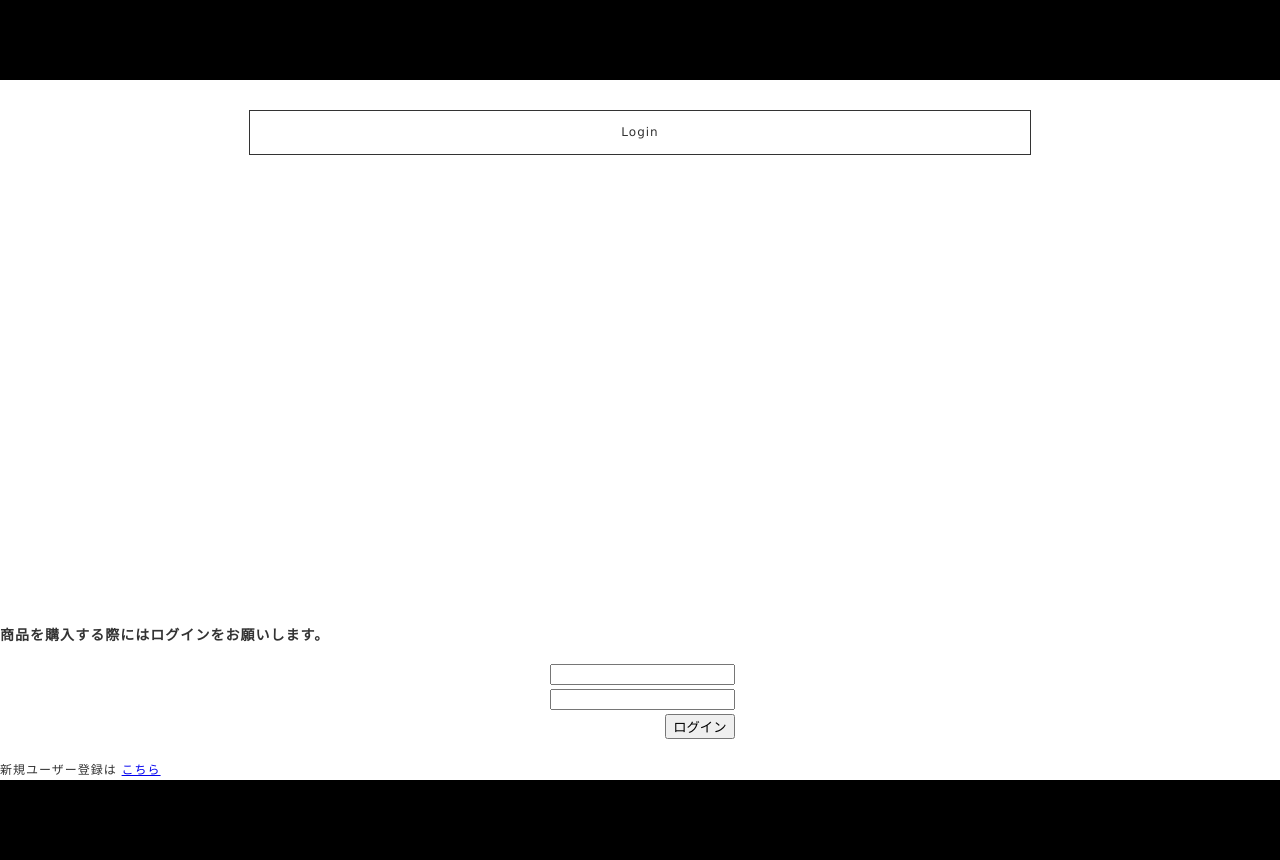
Repository: RYOYAEGAWA/test
Page: http://localhost/template/login.jsp
The author's editor kept a copy of each file at every save. The page is drawn from the files as they stood at one save, then again after the next save.
The browser window is 1280 px wide. The pictures show the whole page.
The page is served by Tomcat 9. Other server files are loaded and not shown.

Above is the page before, as saved 2018-05-07 06:36:55.

### java/Eclipse_Data/template/WebContent/login.jsp
<%@ page language="java" contentType="text/html; charset=UTF-8" pageEncoding="UTF-8"%>
<%@ taglib prefix="s" uri="/struts-tags"%>

<!DOCTYPE html>
<html>
<head>
		<meta http-equiv="Content-Type" content="text/html; charset=utf-8"/>
		<meta http-equiv="Content-Style-Type" content="text/css" />
		<meta http-equiv="Content-Script-Type" content="text/javascript" />
		<meta http-equiv="imagetoolbar" content="no" />
		<meta name="description" content="" />
		<meta name="keywords" content="" />
		<title>Login画面</title>

	<style type="text/css">

		body {
		margin:0;
		padding:0;
		line-height:1.6;
		letter-spacing:1px;
		font-family:Verdana, Helvetica, sans-serif;
		font-size:12px;
		color:#333;
		background:#fff;
		}

		table {
		text-align:center;
		margin:0 auto;
		}

		#top {
		width:780px;
		margin:30px auto;
		border:1px solid #333;
		}

		#header {
		width: 100%;
		height: 80px;
		background-color: black;
		}

		#main {
		width: 100%;
		height: 500px;
		text-align: center;
		}

		#footer {
		width: 100%;
		height: 80px;
		background-color: black;
		clear: both;
		}

	</style>
</head>
<body>
		<div id="header">
				<div id="pr">
				</div>
		</div>
		<div id="main">
				<div id="top">
				<p>Login</p>
				</div>
		</div>

				<h3>商品を購入する際にはログインをお願いします。</h3>
				<s:form action="LoginAction">
						<s:textfield name="loginUserId"/>
						<s:password name="loginPassword"/>
						<s:submit value="ログイン"/>
				</s:form>
				<br/>
				<div>
					<span>新規ユーザー登録は
							<a href='<s:url action="UserCreateAction" />'>こちら</a>
					</span>

				</div>



	<div id="footer">
			<div id="pr">
			</div>
	</div>
</body>
</html>

After the next save:
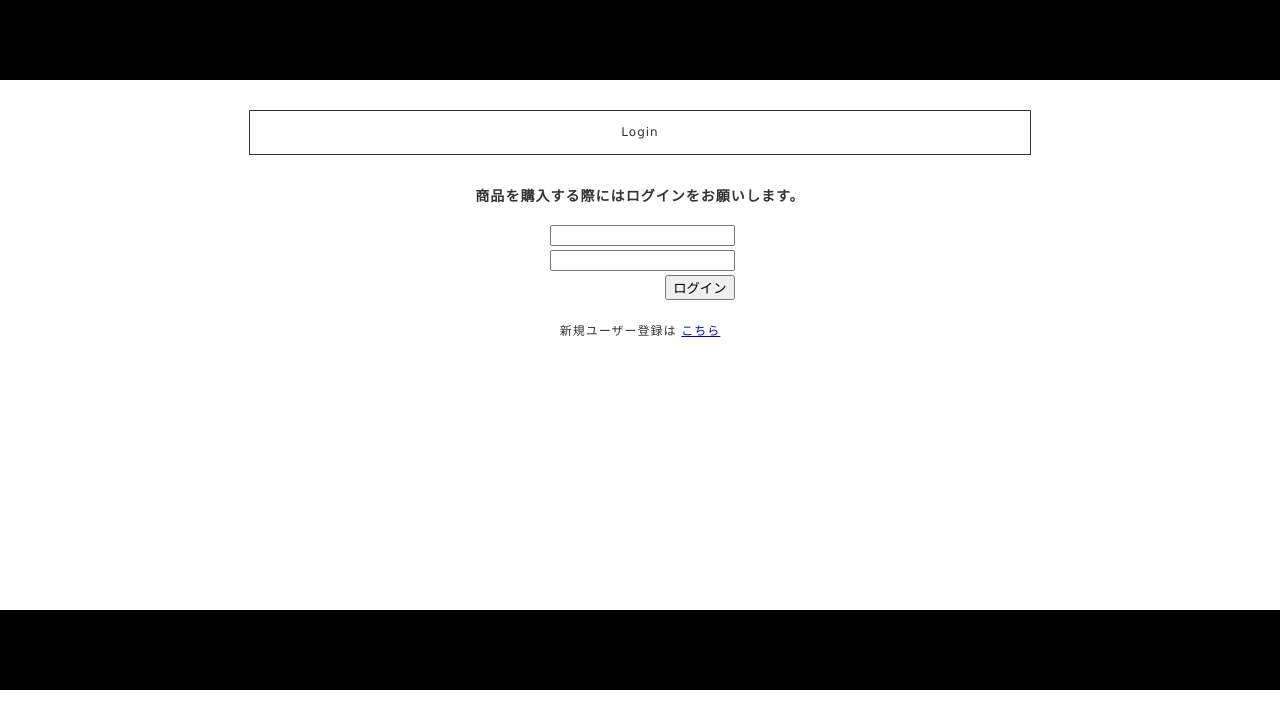
Saved 3 min 4 s later.
--- a/java/Eclipse_Data/template/WebContent/login.jsp
+++ b/java/Eclipse_Data/template/WebContent/login.jsp
@@ -66,7 +66,7 @@
 				<div id="top">
 				<p>Login</p>
 				</div>
-		</div>
+		<div>
 
 				<h3>商品を購入する際にはログインをお願いします。</h3>
 				<s:form action="LoginAction">
@@ -81,7 +81,8 @@
 					</span>
 
 				</div>
-
+</div>
+</div>
 
 
 	<div id="footer">
